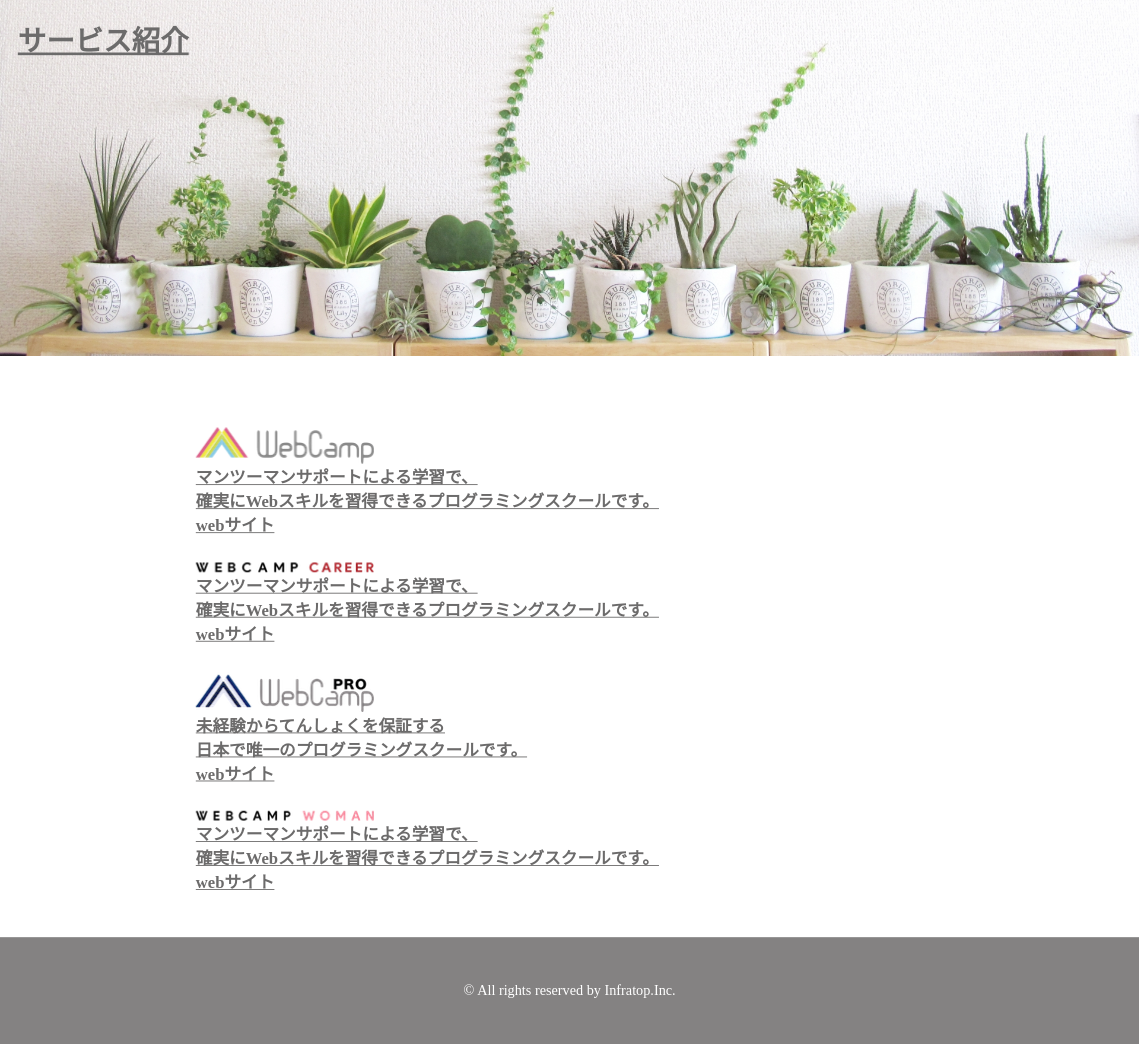
Repository: momopomi/htmlcss
Page: exercise/1-7.html
The author's editor kept a record of every edit. The page is drawn from the files as they stood at one moment, then again after the next edit.
The browser window is 1280 px wide. The pictures show the whole page, at 89% of full size.

Above is the page before.

After the next edit:
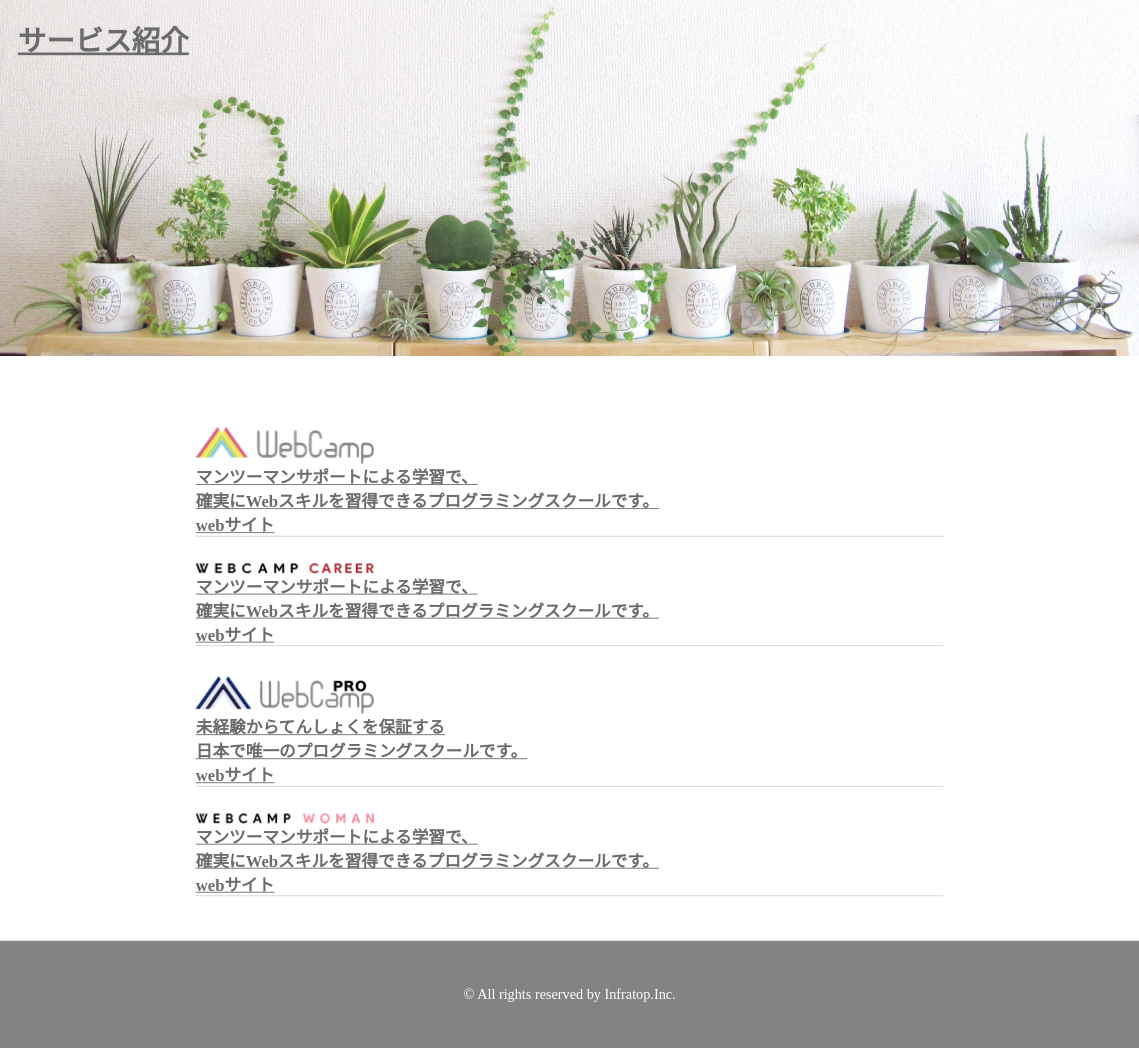
The edit:
--- a/exercise/1-7.css
+++ b/exercise/1-7.css
@@ -37,7 +37,7 @@
   padding-top: 30px;
 }
 
-.blog-text1 {
+.blog-text {
   padding: 0 30px 0 0;
   border-bottom:1px solid lightgray;
 }
